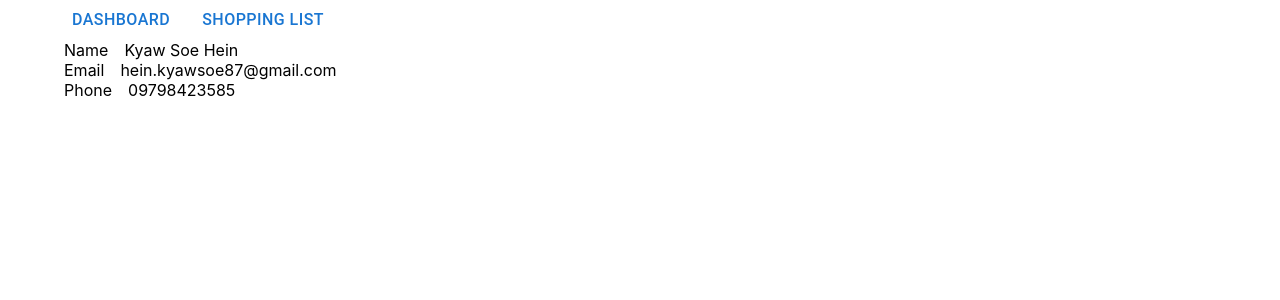
Repository: KyawSoeHein/GoogleAuthReact
Page: /
These files come from the project's save history. The page is drawn as it stood at one moment and after a run of saves; the edit follows.
The browser window is 1280 px wide. The pictures show the whole page.
The project was rebuilt for these pictures with package versions that can differ from the ones it lists, and the page was loaded fresh each time. Also part of the build but not shown: src/App.css.

Above is the page before, as saved 2022-02-14 19:09:34.

After the next 2 saves:
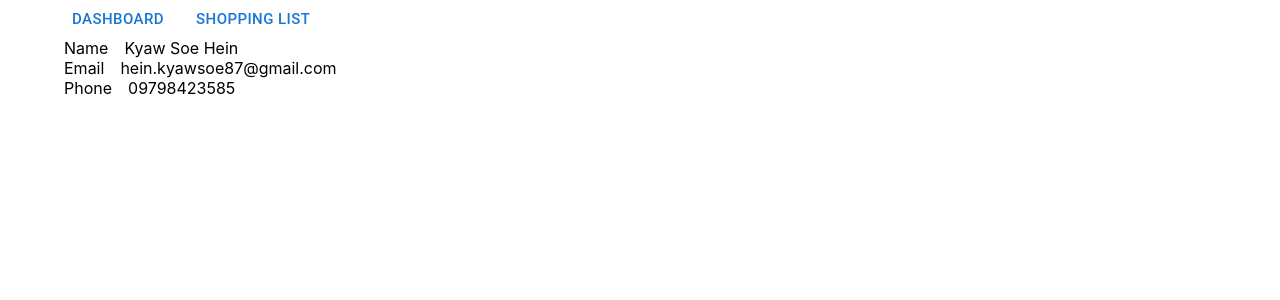
The 2 saves are shown as one change because they came seconds apart.
The last was saved 14 s later.
--- a/src/Components/MenuSelection.tsx
+++ b/src/Components/MenuSelection.tsx
@@ -3,7 +3,7 @@ import { Button, Stack } from "@mui/material";
 import "../App.css";
 
 const MenuSelection = () => {
-  const buttonFontSize = 16;
+  const buttonFontSize = 15;
 
   return (
     <Stack direction={"row"} spacing={2}>
